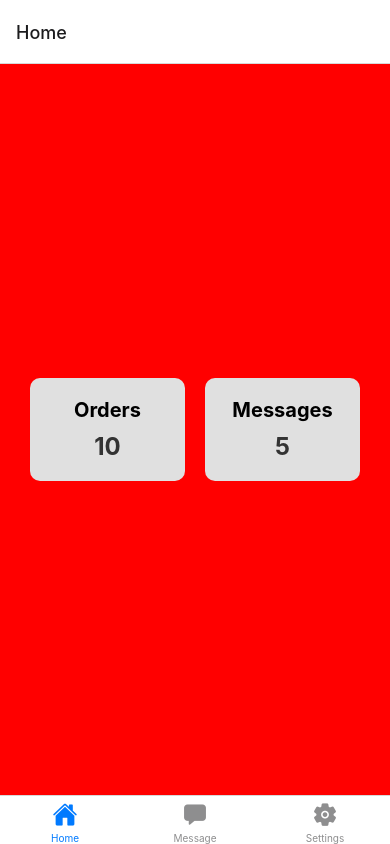
Repository: Waikato153/AwesomeProject
Screen: /
The author's editor kept a copy of each file at every save. The screen is drawn from the files as they stood at one save, then again after the next save.
The app was drawn by React Native's web renderer in a window 390 px wide. The project was rebuilt for these pictures with package versions that can differ from the ones it lists, and the page was loaded fresh each time.

Above is the screen before, as saved 2024-02-28 16:24:57.

### App.js
import * as React from 'react';
import { Text, View, StyleSheet} from 'react-native';
import { NavigationContainer } from '@react-navigation/native';
import { createBottomTabNavigator } from '@react-navigation/bottom-tabs';
import { Ionicons } from '@expo/vector-icons';

import HomeScreen from './screens/HomeScreen';

function SettingsScreen() {
  return (
    <View style={{ flex: 1, justifyContent: 'center', alignItems: 'center' }}>
      <Text>Settings!</Text>
    </View>
  );
}


const styles = StyleSheet.create({
  container: {
    flex: 1,
    justifyContent: 'center',
    backgroundColor: 'white',
    alignItems: 'center',
    padding: 8,
  },
  paragraph: {
    margin: 24,
    fontSize: 18,
    fontWeight: 'bold',
    textAlign: 'center',
  },
});

const Tab = createBottomTabNavigator();

function MyTabs() {
  return (

    <Tab.Navigator

    >
      <Tab.Screen
        name="Home"
        component={HomeScreen}
        options={{
          tabBarIcon: ({ color, size }) => (
            <Ionicons name="home" color={color} size={size} />
          ),
        }}
      />
      <Tab.Screen
        name="Message"
        component={SettingsScreen}
        options={{
          tabBarIcon: ({ color, size }) => (
            <Ionicons name="chatbox" color={color} size={size} />
          ),
        }}
      />
      <Tab.Screen
        name="Settings"
        component={SettingsScreen}
        options={{
          tabBarIcon: ({ color, size }) => (
            <Ionicons name="settings" color={color} size={size} />
          ),
        }}
      />
    </Tab.Navigator>


  );
}

export default function App() {
  return (
    <NavigationContainer>
      <MyTabs />
    </NavigationContainer>
  );
}

### screens/HomeScreen.js
import React from 'react';
import { View, Text, StyleSheet } from 'react-native';

const HomeScreen = () => {
  return (
    <View style={styles.container}>
      <View style={styles.block}>
        <Text style={styles.title}>Orders</Text>
        <Text style={styles.count}>10</Text>
      </View>
      <View style={styles.block}>
        <Text style={styles.title}>Messages</Text>
        <Text style={styles.count}>5</Text>
      </View>
    </View>
  );
};



const styles = StyleSheet.create({
  container: {
    flex: 1,
    flexDirection: 'row',
    justifyContent: 'space-around',
    alignItems: 'center',
    backgroundColor: 'red',
    padding: 20,
  },
  block: {
    flex: 1,
    justifyContent: 'center',
    alignItems: 'center',
    backgroundColor: '#e0e0e0',
    borderRadius: 10,
    padding: 20,
    margin: 10,
  },
  title: {
    fontSize: 20,
    fontWeight: 'bold',
    marginBottom: 10,
  },
  count: {
    fontSize: 24,
    fontWeight: 'bold',
    color: '#333333',
  },
});



export default HomeScreen;

After the next save:
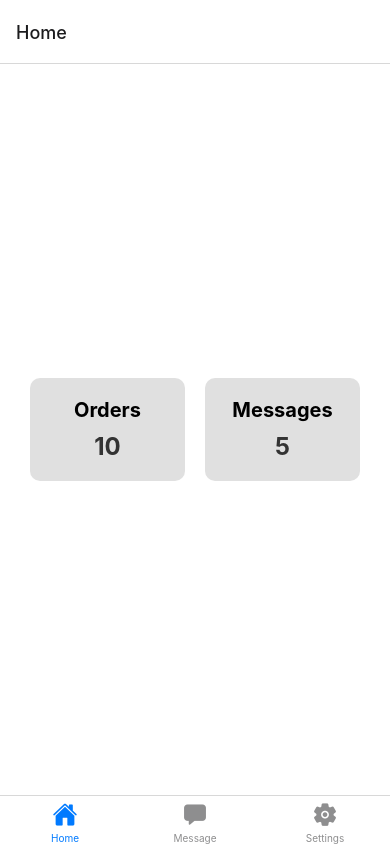
Saved 8 s later.
--- a/screens/HomeScreen.js
+++ b/screens/HomeScreen.js
@@ -24,7 +24,7 @@ const styles = StyleSheet.create({
     flexDirection: 'row',
     justifyContent: 'space-around',
     alignItems: 'center',
-    backgroundColor: 'red',
+    backgroundColor: '#ffffff',
     padding: 20,
   },
   block: {
